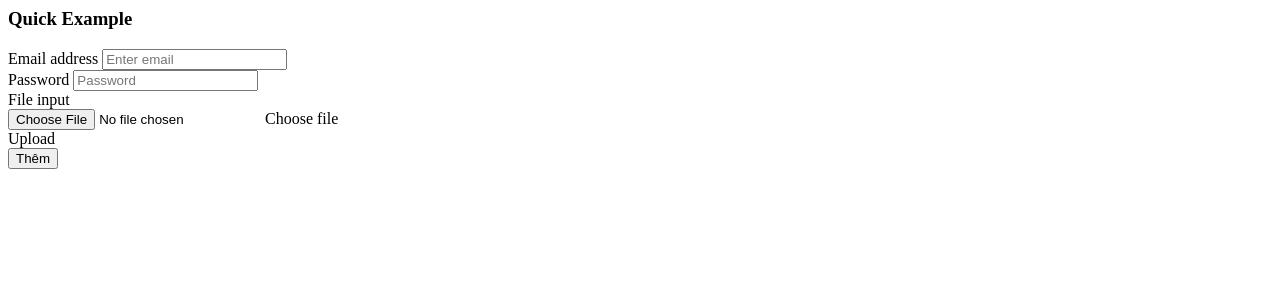
Repository: NguyenTranBaoKhanh/BKShop
Page: http://localhost/App/Views/admin/sanpham/create.php
These files come from the project's save history. The page is drawn as it stood at one moment and after the next save; the edit follows.
The browser window is 1280 px wide. The pictures show the whole page.
The page is run by PHP 8.4 with error messages shown; the project is at /var/www/html/.

Above is the page before, as saved 2021-10-31 14:43:36.

### App/Views/admin/sanpham/create.php
<div class="card card-success">
  <div class="card-header">
    <h3 class="card-title">Quick Example</h3>
  </div>
  <!-- /.card-header -->
  <!-- form start -->
  <form>
    <div class="card-body">
      <div class="form-group">
        <label for="exampleInputEmail1">Email address</label>
        <input type="email" class="form-control" id="exampleInputEmail1" placeholder="Enter email">
      </div>
      <div class="form-group">
        <label for="exampleInputPassword1">Password</label>
        <input type="password" class="form-control" id="exampleInputPassword1" placeholder="Password">
      </div>
      <div class="form-group">
        <label for="exampleInputFile">File input</label>
        <div class="input-group">
          <div class="custom-file">
            <input type="file" class="custom-file-input" id="exampleInputFile">
            <label class="custom-file-label" for="exampleInputFile">Choose file</label>
          </div>
          <div class="input-group-append">
            <span class="input-group-text">Upload</span>
          </div>
        </div>
      </div>
    </div>
    <!-- /.card-body -->

    <div class="card-footer">
      <button type="submit" class="btn btn-primary">Thêm</button>
    </div>
  </form>
</div>

After the next save:
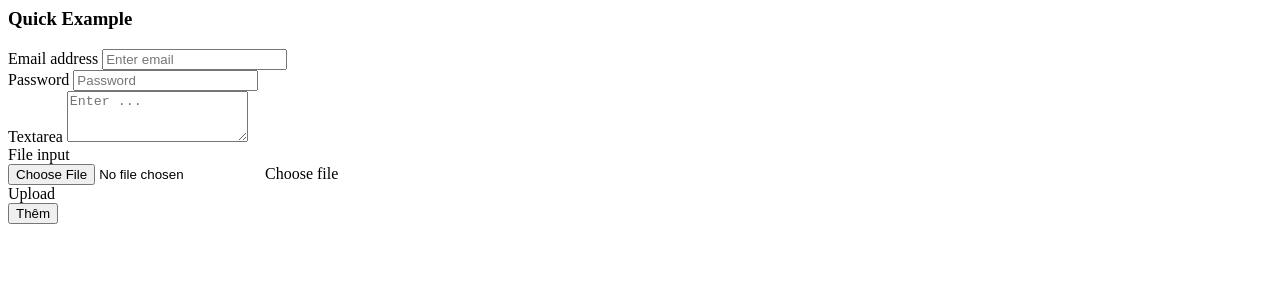
Saved 76 s later.
--- a/App/Views/admin/sanpham/create.php
+++ b/App/Views/admin/sanpham/create.php
@@ -13,6 +13,10 @@
       <div class="form-group">
         <label for="exampleInputPassword1">Password</label>
         <input type="password" class="form-control" id="exampleInputPassword1" placeholder="Password">
+      </div>
+      <div class="form-group">
+        <label>Textarea</label>
+        <textarea class="form-control" rows="3" placeholder="Enter ..."></textarea>
       </div>
       <div class="form-group">
         <label for="exampleInputFile">File input</label>
